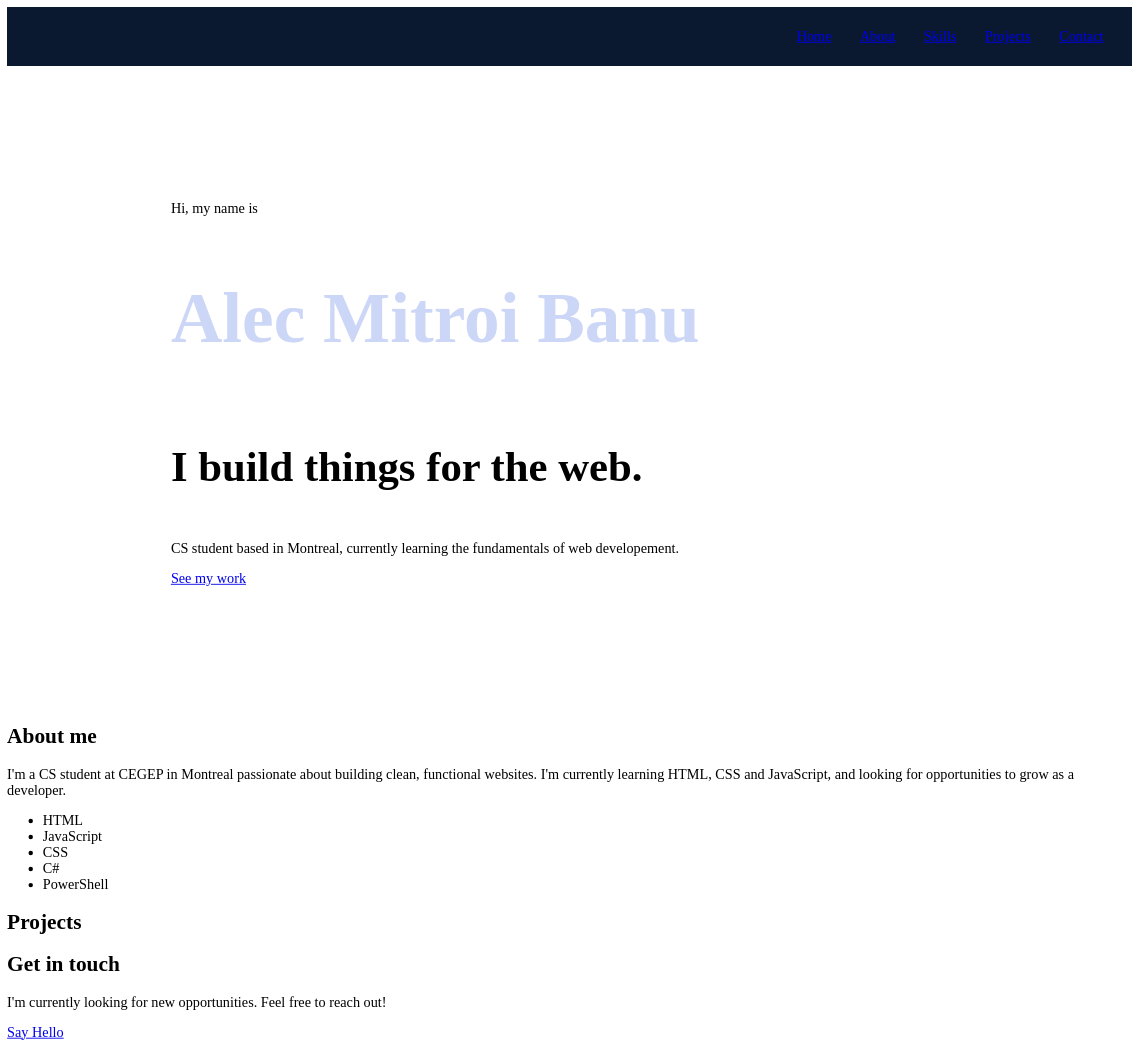
Repository: Alec-Banu/Alec-Banu
Page: index.html
The author's editor kept a copy of each file at every save. The page is drawn from the files as they stood at one save, then again after the next save.
The browser window is 1280 px wide. The pictures show the whole page, at 89% of full size.

Above is the page before, as saved 2026-04-22 13:40:58.

After the next save:
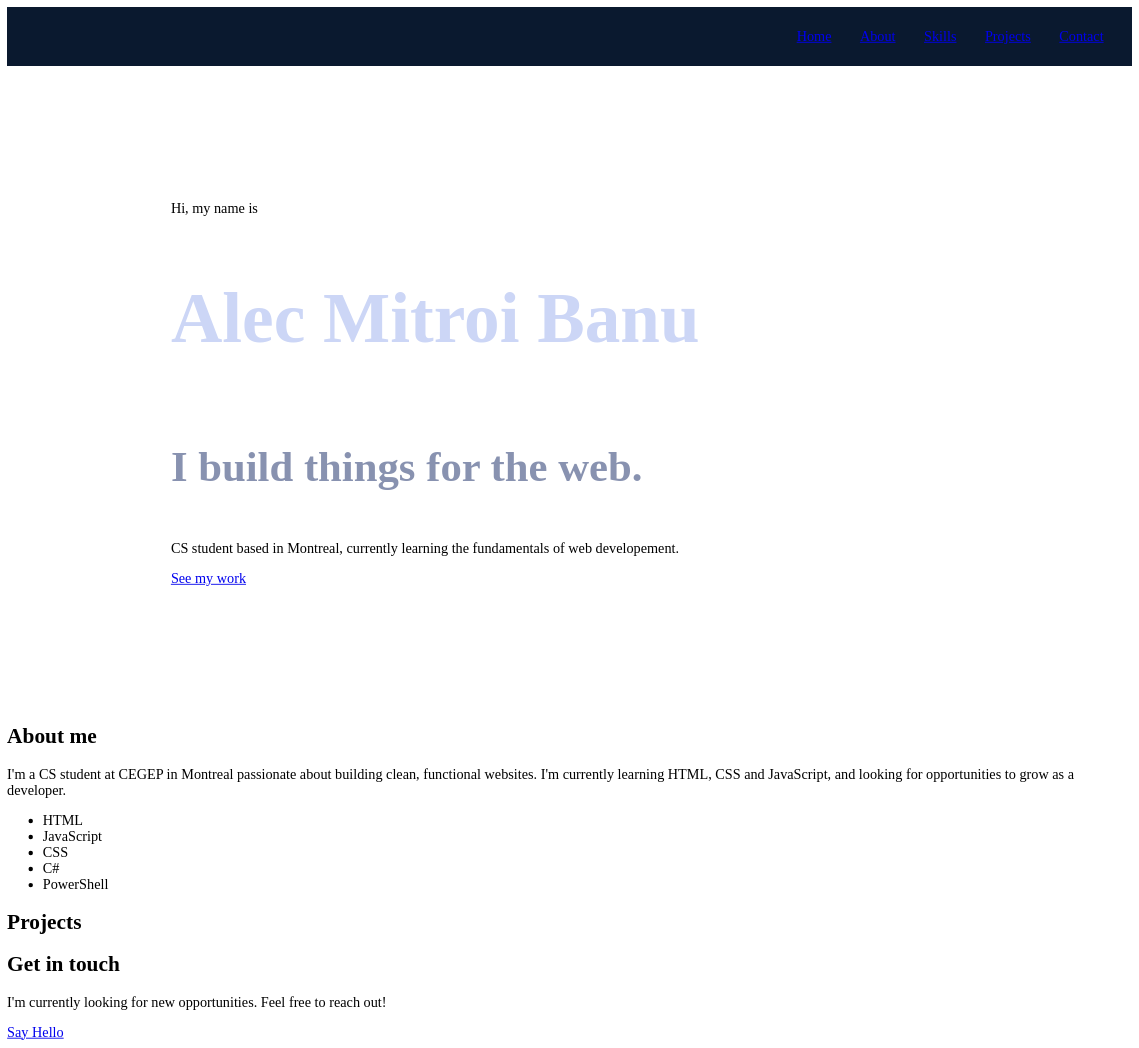
Saved 43 s later.
--- a/styles/index.css
+++ b/styles/index.css
@@ -21,9 +21,11 @@ nav {
     font-size: 2rem;
     color: #ccd6f6;
   }
+  h2 {
+    font-size: 2rem;
+    color: #8892b0;
+  }
 }
-
-#hero
 
 /* Tablet */
 
